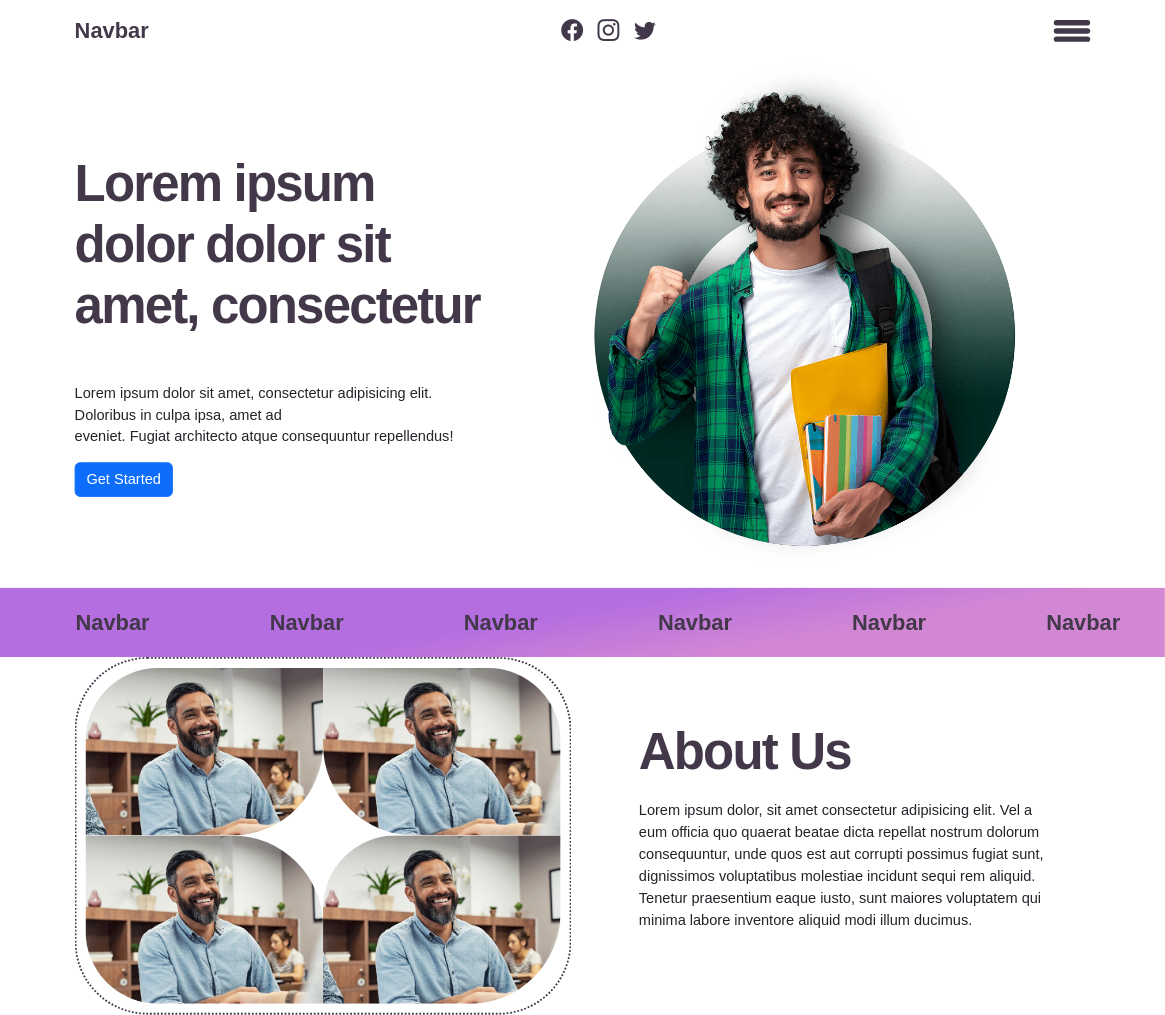
Repository: tagnam/project27012025
Page: index.html
The author's editor kept a copy of each file at every save. The page is drawn from the files as they stood at one save, then again after a run of saves.
The browser window is 1280 px wide. The pictures show the whole page, at 91% of full size.

Above is the page before, as saved 2025-01-27 16:43:28.

### index.html
<!DOCTYPE html>
<html lang="en">
<head>
    <meta charset="UTF-8">
    <meta name="viewport" content="width=device-width, initial-scale=1.0">
    <link href="https://cdn.jsdelivr.net/npm/bootstrap@5.3.3/dist/css/bootstrap.min.css" rel="stylesheet" integrity="sha384-QWTKZyjpPEjISv5WaRU9OFeRpok6YctnYmDr5pNlyT2bRjXh0JMhjY6hW+ALEwIH" crossorigin="anonymous">
    <link rel="stylesheet" href="style/css/index.css">
    <link rel="stylesheet" href="style/css/animation.css">
    <link rel="stylesheet" href="style/css/responsive.css">
    <title>project27012025</title>
</head>
<body>
<header>
    <!-- --------------------------------------------start nav bar ------------------------------->
    <nav class="navbar navbar-expand-lg custom-nav">
        <div class="container">
          <div class="collapse navbar-collapse justify-content-between" id="navbarSupportedContent">
            <a class="navbar-brand" href="#">Navbar</a>
            <ul class="navbar-nav  ">

              <li class="nav-item">
                <a class="nav-link" href="#"><i class="bi bi-facebook"></i></a>
              </li>
              <li class="nav-item">
                <a class="nav-link" href="#"><i class="bi bi-instagram"></i></a>
              </li>
              <li class="nav-item">
                <a class="nav-link" href="#"><i class="bi bi-twitter"></i></a>
              </li>
            </ul>
            <div class="d-flex">
               <div class="menu-container" type="button" data-bs-toggle="offcanvas" data-bs-target="#offcanvasExample" aria-controls="offcanvasExample">
                <span class="span-menu-01 menu-icon"></span>
                <span class="span-menu-02 menu-icon"></span>
                <span class="span-menu-03 menu-icon"></span>
            </div>
            </div>
          </div>
        </div>
      </nav>

      <!-- ------------------------------start offcanvas ---------------------------------------->
      <div class="offcanvas offcanvas-start " tabindex="-1" id="offcanvasExample" aria-labelledby="offcanvasExampleLabel">
        <div class="offcanvas-header">
          <h5 class="offcanvas-title" id="offcanvasExampleLabel">Offcanvas</h5>
          <button type="button" class="btn-close text-reset" data-bs-dismiss="offcanvas" aria-label="Close"></button>
        </div>
        <div class="offcanvas-body">
          <div>
            Some text as placeholder. In real life you can have the elements you have chosen. Like, text, images, lists, etc.
          </div>
          <div class="dropdown mt-3">
            <button class="btn btn-secondary dropdown-toggle" type="button" id="dropdownMenuButton" data-bs-toggle="dropdown">
              Dropdown button
            </button>
            <ul class="dropdown-menu" aria-labelledby="dropdownMenuButton">
              <li><a class="dropdown-item" href="#">Action</a></li>
              <li><a class="dropdown-item" href="#">Another action</a></li>
              <li><a class="dropdown-item" href="#">Something else here</a></li>
            </ul>
          </div>
        </div>
      </div>
       <!-- -----------------------------end offcanvas ------------------------------------------->
      <!------------------------------------------------ end navbar ----------------------------->


</header>
<section class="hero-section">
    <div  class="container" style="height: 100%;">
        <div class="row" >
            <div class="col-lg-6 col-md-6 col-sm-12">
                <div class="banner-content ">
                    <h1>Lorem ipsum dolor  dolor sit amet, consectetur </h1>
                    <p>Lorem ipsum dolor sit amet, consectetur adipisicing elit. Doloribus in culpa ipsa, amet ad<br> eveniet. Fugiat architecto atque consequuntur repellendus!</p>
                    <button class="btn btn-primary">Get Started</button>
                </div>
            </div>
            <div class="col-lg-6 col-md-6 col-sm-12">
                <div class="banner-img d-flex justify-content-end">
                    <img src="image/hero-banner-01.webp" class="w-100" alt="">

            </div>

        </div>
    </div>
    <!-- <div class="row">
        <div class="col-lg-6 col-md-6 col-sm-12 d-flex justify-content-start">
            <div class="banner-btn">
                <a class="btn custom-btn btn-outline-success"> Get Started </a>
            </div>
        </div>
        <div class="col-lg-6 col-md-6 col-sm-12 d-flex justify-content-end">
             <div class="banner-footer-text">
                <p>Lorem ipsum dolor sit amet <br>consectetur adipisicing elit. Numquam, vel.</p>
             </div>

    </div>
 </div> -->
  </section>


<section class="client-section">
    <div class="container-fluid">
       <div class="row  row-cols-3 row-cols-md-6 g-4">
        <div class="col client-logo">
            <a class="navbar-brand w-25" href="#">Navbar</a>
        </div>
        <div class="col client-logo">
            <a class="navbar-brand w-25" href="#">Navbar</a>
        </div>
        <div class="col client-logo">
            <a class="navbar-brand w-25" href="#">Navbar</a>
        </div>
        <div class="col client-logo">
            <a class="navbar-brand w-25" href="#">Navbar</a>
        </div>
        <div class="col client-logo">
            <a class="navbar-brand w-25" href="#">Navbar</a>
        </div>
        <div class="col client-logo">
            <a class="navbar-brand w-25" href="#">Navbar</a>
        </div>

    </div>
    </div>
</section>

<section>
    <div class="container">
        <div class="row">
            <div class="col-lg-6 col-md-6 col-sm-12">
                <div class="about-row row  row-cols-1 row-cols-md-2 g-0">
                    <div class="col">
                        <div class="img">
                            <img src="image/elearning-08.jpg" class="about-row-img-01 w-100" alt="">
                        </div>
                    </div>
                    <div class="col">
                        <div class="img">
                            <img src="image/elearning-08.jpg" class="about-row-img-02 w-100" alt="">
                        </div>
                    </div>
                    <div class="col">
                        <div class="img">
                            <img src="image/elearning-08.jpg" class="about-row-img-03 w-100" alt="">
                        </div>
                    </div>
                    <div class="col">
                        <div class="img">
                            <img src="image/elearning-08.jpg" class="about-row-img-04 w-100" alt="">
                        </div>
                    </div>
                </div>
            </div>
            <div class="col-lg-6 col-md-6 col-sm-12">
                <div class="about-content">
                    <div class="main-heading">
                        <h2>About Us </h2>
                        <p>Lorem ipsum dolor, sit amet consectetur adipisicing elit. Vel a eum officia quo quaerat beatae dicta repellat nostrum dolorum consequuntur, unde quos est aut corrupti possimus fugiat sunt, dignissimos voluptatibus molestiae incidunt sequi rem aliquid. Tenetur praesentium eaque iusto, sunt maiores voluptatem qui minima labore inventore aliquid modi illum ducimus.</p>
                    </div>

                </div>
            </div>

        </div>
    </div>
</section>
<script src="https://cdn.jsdelivr.net/npm/bootstrap@5.3.3/dist/js/bootstrap.bundle.min.js" integrity="sha384-YvpcrYf0tY3lHB60NNkmXc5s9fDVZLESaAA55NDzOxhy9GkcIdslK1eN7N6jIeHz" crossorigin="anonymous"></script>
<script src="style/js/custom.js"></script>
</body>
</html>

### style/css/index.css
@import url("https://cdn.jsdelivr.net/npm/bootstrap-icons@1.11.3/font/bootstrap-icons.min.css");

*{
 margin: 0;
padding: 0;
box-sizing: border-box;
}

:root{
    --dark-color:#423849;
    --semi-dark-color:#b46ee0;
    --light-color:#d287d4;
    --white-color:#fff;
    --main-heading-font-size: 3.5rem;
    --subheading-font-size: 2rem;
    --paragraph-font-size: 1rem;


}


body{
    font-family: 'Poppins', sans-serif;


}

/* header{
    position: fixed;
    top: 0;
    z-index: 1000;
width: 100%;
} */

.navbar-brand{
    font-size: 1.5rem;
    font-weight: 800;
    color: var(--dark-color);
}

.menu-icon{
    display: block;
    width: 40px;
    height: 6px;
    background-color: var(--dark-color);
    margin: 3px auto;
    border-radius: 20px;
    cursor: pointer;
}


.nav-link .bi{
    font-size: 1.5rem;
    color: var(--dark-color);
}

.banner-content{
    margin: 100px auto;
    padding-right: 100px;
}

.banner-content h1{
    color: var(--dark-color);
    font-weight: 800;
    /* font-size: 55px; */
    font-size: var(--main-heading-font-size);
    letter-spacing: -2px;
    margin: 50px 0px;
}
/* .hero-section{
   background-image: url(/image/business-banner.jpg);
    background-size: cover;
    background-position: center;
    height: 100vh;
} */

.banner-footer-text p{
    color: var(--dark-color);

}


.client-section{
    background: linear-gradient(-190deg, rgba(180,110,224,1) 45%, rgba(210,135,212,1) 70%);
    padding: 20px 0px;
    overflow: hidden;
}

.client-logo{
    display: flex;
    justify-content: center;
    align-items: center;
    flex-wrap: wrap;
    color: var(--white-color);
}
.about-row {
    border: 2px dotted var(--dark-color);
    padding: 10px;
    border-radius: 80px;
}

.about-row-img-01{
    border-top-left-radius: 80px;
    border-bottom-right-radius: 100px;
}


.about-row-img-02{
    border-top-right-radius: 80px;
    border-bottom-left-radius: 100px;
}

.about-row-img-03{
    border-bottom-left-radius: 80px;
    border-top-right-radius: 100px;
}

.about-row-img-04{
    border-top-left-radius: 80px;
    border-bottom-right-radius: 100px;
}


.about-content{
    padding: 50px;
}

.main-heading h2{
    color: var(--dark-color);
    font-weight: 800;
    /* font-size: 55px; */
    font-size: var(--main-heading-font-size);
    letter-spacing: -2px;
    margin: 20px 0px;
}

.main-heading h2{
    color: var(--dark-color);

}

Loaded but not shown: style/js/custom.js (no copy from this time; the picture is the same without it); style/css/animation.css (no stored copy; drawn as an empty file); style/css/responsive.css (no stored copy; drawn as an empty file)

After the next 5 saves:
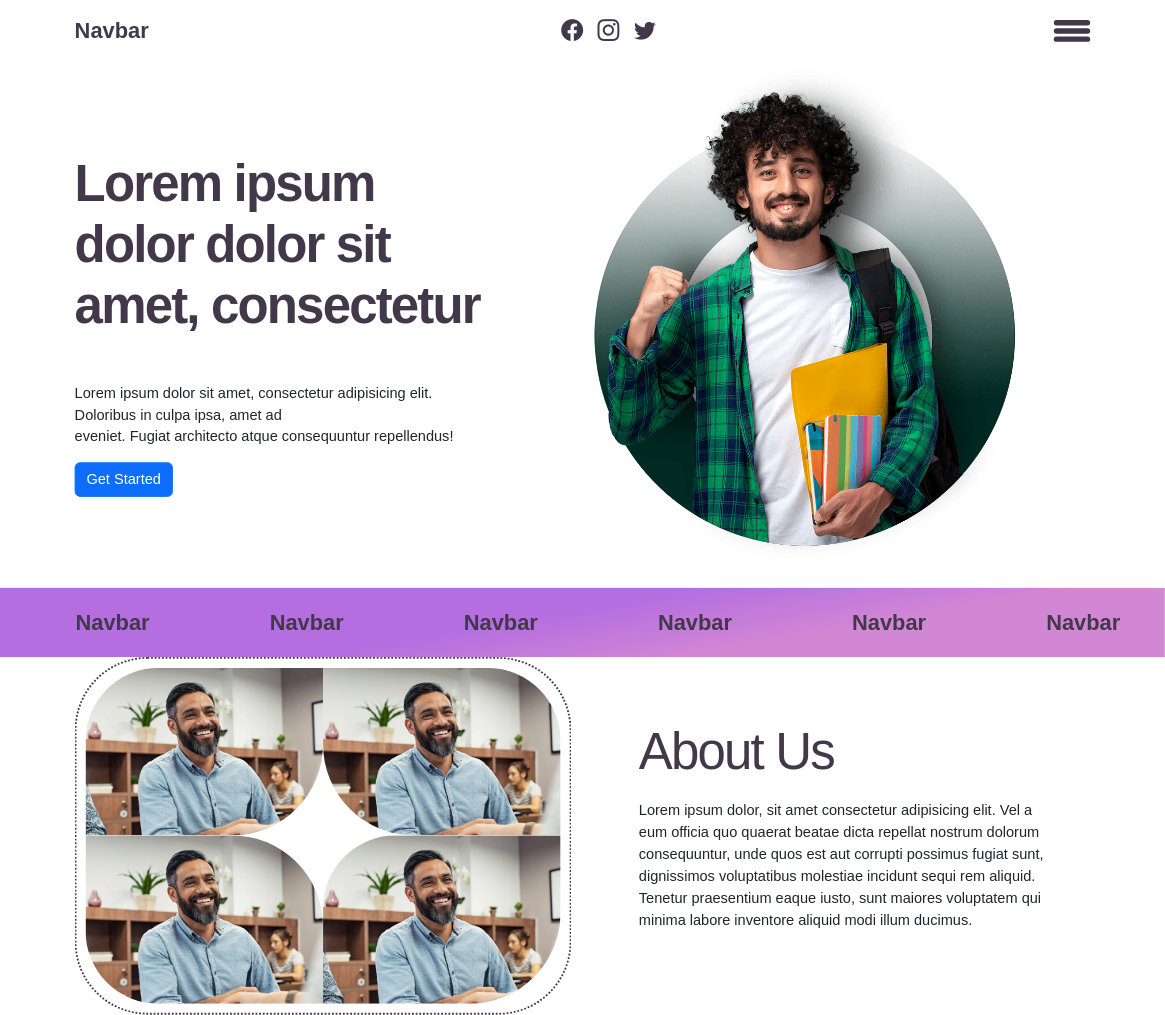
The 5 saves are shown as one change because they came seconds apart.
The last was saved 11 s later.
--- a/style/css/index.css
+++ b/style/css/index.css
@@ -136,5 +136,6 @@ width: 100%;
 
 .main-heading h2{
     color: var(--dark-color);
-
+    font-weight: 500;
+    font
 }
